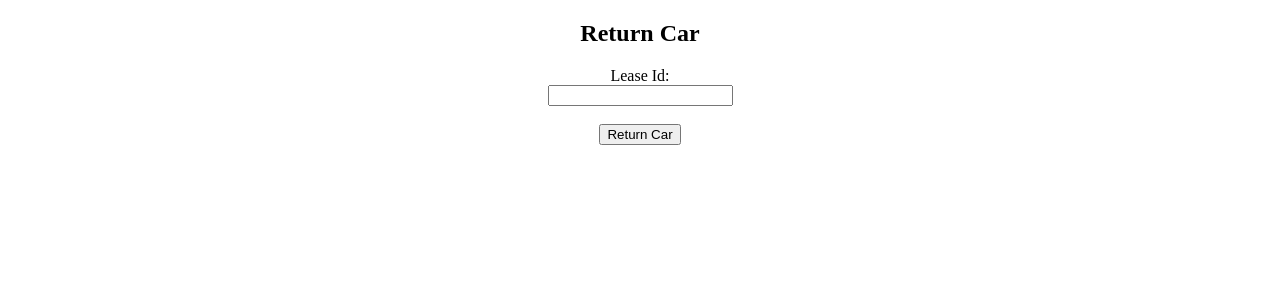
Repository: harsh23012/InfiniteProjects
Page: CarRent/carrent/src/main/webapp/payDues.html
An editor plug-in stored every save of this project. The page is shown before and after the next save, followed by the edit.
The browser window is 1280 px wide. The pictures show the whole page.

Above is the page before, as saved 2025-05-05 11:46:05.

### CarRent/carrent/src/main/webapp/payDues.html
<!DOCTYPE html>
<html>
<head>
<meta charset="UTF-8">
<title>Insert title here</title>
</head>
<body>
	<form method="post" action="payDues.html">
        <center>
            <h2>Return Car</h2>

            Lease Id: <br>
            <input type="number" name="leaseId" required /><br><br>
            <input type="submit" value="Return Car" />
        </center>
    </form>
</body>
</html>

After the next save:
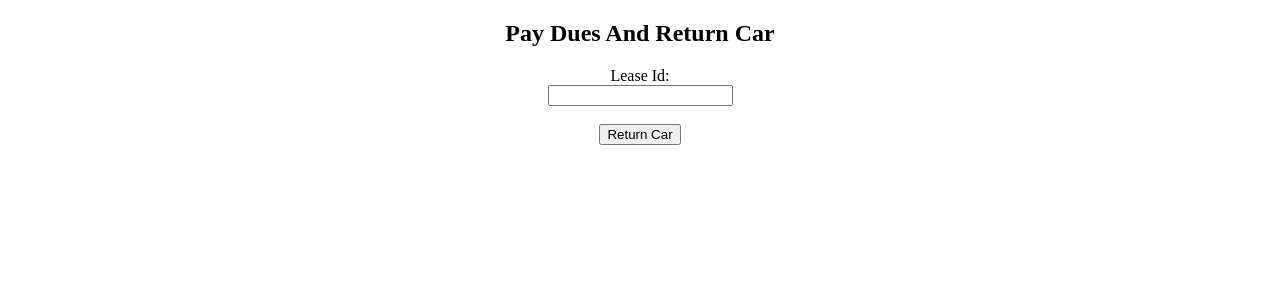
Saved 2 min 7 s later.
--- a/CarRent/carrent/src/main/webapp/payDues.html
+++ b/CarRent/carrent/src/main/webapp/payDues.html
@@ -7,10 +7,10 @@
 <body>
 	<form method="post" action="payDues.html">
         <center>
-            <h2>Return Car</h2>
+            <h2>Pay Dues And Return Car</h2>
 
             Lease Id: <br>
-            <input type="number" name="leaseId" required /><br><br>
+            <input type="number" name="duesAmount" required /><br><br>
             <input type="submit" value="Return Car" />
         </center>
     </form>
